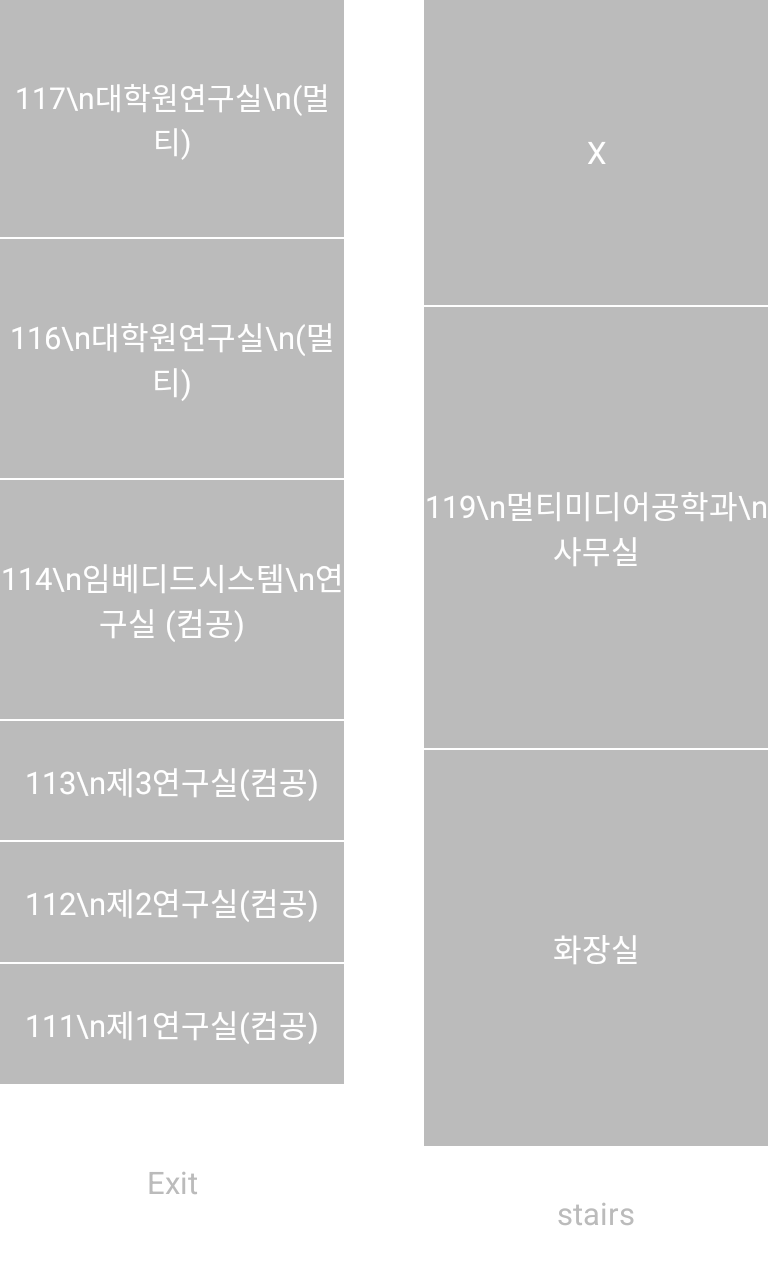
Repository: Choi-HyunWoo/Baddest
Layout: WorkOn_Hyunwoo/hansung.campusmap/res/layout/campus_gonghakb1.xml
These files come from the project's save history. The layout is drawn as it stood at one moment and after the next save; the edit follows.
It is drawn on a 768 x 1280 px phone screen (xhdpi) without system bars, with theme android:Theme.Light.NoTitleBar; the app's code is not run.

Above is the layout before, as saved 2014-05-30 12:49:57.

### WorkOn_Hyunwoo/hansung.campusmap/res/layout/campus_gonghakb1.xml
<?xml version="1.0" encoding="utf-8"?>
<LinearLayout  xmlns:android="http://schemas.android.com/apk/res/android"
    android:baselineAligned="false"
    android:layout_width="match_parent"
    android:layout_height="match_parent"
    android:orientation="horizontal" >

    <LinearLayout
        android:layout_width="fill_parent"
        android:layout_height="match_parent"
        android:layout_weight="1"
        android:orientation="vertical" >

        <Button
            android:text="117\n대학원연구실\n(멀티)"
            android:layout_weight="2"
            android:textSize="15dp"
            style="@style/RoomButton" />
        <Button
            android:text="116\n대학원연구실\n(멀티)"
            android:layout_weight="2"
            style="@style/RoomButton" />
        <Button
            android:text="114\n임베디드시스템\n연구실 (컴공)"
            android:layout_weight="2"
            style="@style/RoomButton" />
        <Button
            android:text="113\n제3연구실(컴공)"
            android:layout_weight="1"
            style="@style/RoomButton" />
        <Button
            android:text="112\n제2연구실(컴공)"
            android:layout_weight="1"
            style="@style/RoomButton" />
        <Button
            android:text="111\n제1연구실(컴공)"
            android:layout_weight="1"
            style="@style/RoomButton" />
        <Button
            android:text="Exit"
            android:layout_weight="2"
            style="@style/WhitePlace" />

    </LinearLayout>

    <RelativeLayout
    	android:layout_width="40dp"
        android:layout_height="match_parent"
        android:orientation="vertical" >
        <!--
	    <TextView
	        android:text="stairs"
	        style="@style/WhitePlace"
	        android:layout_width="match_parent"
	        android:layout_height="wrap_content"
	        android:layout_alignParentTop="true" />
	    <TextView
	        android:text="stairs"
	        style="@style/WhitePlace"
	        android:layout_width="match_parent"
	        android:layout_height="wrap_content"
	        android:layout_alignParentBottom="true" />
	  	-->
	</RelativeLayout>

    <LinearLayout
        android:layout_width="fill_parent"
        android:layout_height="match_parent"
        android:layout_weight="1"
        android:orientation="vertical" >

        <Button
            android:text="X"
            android:layout_weight="3"
            style="@style/RoomButton" />
        <Button
            android:text="119\n멀티미디어공학과\n사무실"
            android:layout_weight="4"
            style="@style/RoomButton" />
        <Button
            android:text="화장실"
            android:layout_weight="4"
            style="@style/RoomButton" />
        <Button
            android:text="stairs"
            android:layout_weight="1"
            style="@style/WhitePlace" />

    </LinearLayout>
</LinearLayout>

### WorkOn_Hyunwoo/hansung.campusmap/res/values/styles.xml
<resources xmlns:android="http://schemas.android.com/apk/res/android">


    <style name="BuildingButton">
        <item name="android:background">@drawable/bt_selector</item>
        <item name="android:textColor">@color/White</item>
        <item name="android:gravity">center</item>
        <item name="android:textSize">6pt</item>
        <item name="android:layout_gravity">fill</item>
        <item name="android:layout_margin">2dp</item>
    </style>
    <style name="MapOthers">
		<item name="android:background">@color/White</item>
        <item name="android:textColor">@color/LightGray</item>
        <item name="android:gravity">center</item>
        <item name="android:textSize">5pt</item>
        <item name="android:layout_gravity">fill</item>
        <item name="android:layout_margin">2dp</item>
    </style>

    <style name="RoomButton">
        <item name="android:background">@drawable/bt_selector</item>
		<item name="android:layout_width">match_parent</item>
        <item name="android:layout_height">wrap_content</item>
        <item name="android:layout_marginBottom">1dp</item>
        <item name="android:gravity">center</item>
        <item name="android:textColor">@color/White</item>
        <item name="android:textSize">7pt</item>
    </style>
    <style name="WhitePlace">
        <item name="android:background">@color/White</item>
		<item name="android:layout_width">match_parent</item>
        <item name="android:layout_height">wrap_content</item>
        <item name="android:layout_marginBottom">1dp</item>
        <item name="android:gravity">center</item>
        <item name="android:textColor">@color/LightGray</item>
        <item name="android:textSize">7pt</item>
    </style>

    <style name="NullPlace">
        <item name="android:background">#dddddd</item>
		<item name="android:layout_width">match_parent</item>
        <item name="android:layout_height">wrap_content</item>
        <item name="android:layout_marginBottom">1dp</item>
        <item name="android:gravity">center</item>
        <item name="android:textColor">@color/LightGray</item>
        <item name="android:textSize">7pt</item>
    </style>

    <style name="FloorButton">
        <item name="android:background">@color/DarkGray</item>
		<item name="android:layout_width">wrap_content</item>
        <item name="android:layout_height">30dp</item>
        <item name="android:layout_marginRight">1dp</item>
        <item name="android:layout_weight">1</item>
        <item name="android:gravity">center</item>
        <item name="android:textColor">@color/White</item>
        <item name="android:textSize">6pt</item>
    </style>


</resources>

### WorkOn_Hyunwoo/hansung.campusmap/res/values/colors.xml
<resources>





    <color name="MainColor">#33B5E5</color>
    <color name="DarkSkyblue">#0099CC</color>
    <color name="White">#FFFFFF</color>
    <color name="Black">#000000</color>
    <color name="LightGray">#BBBBBB</color>
    <color name="DarkGray">#999999</color>

</resources>

### WorkOn_Hyunwoo/hansung.campusmap/res/drawable-hdpi/bt_selector.xml
<?xml version="1.0" encoding="utf-8"?>
<selector xmlns:android="http://schemas.android.com/apk/res/android" >
    <item android:state_pressed="true"
        android:drawable="@color/MainColor" /> <!-- pressed button color -->
    <item
        android:drawable="@color/LightGray" /> <!-- default button color -->
</selector>

After the next save:
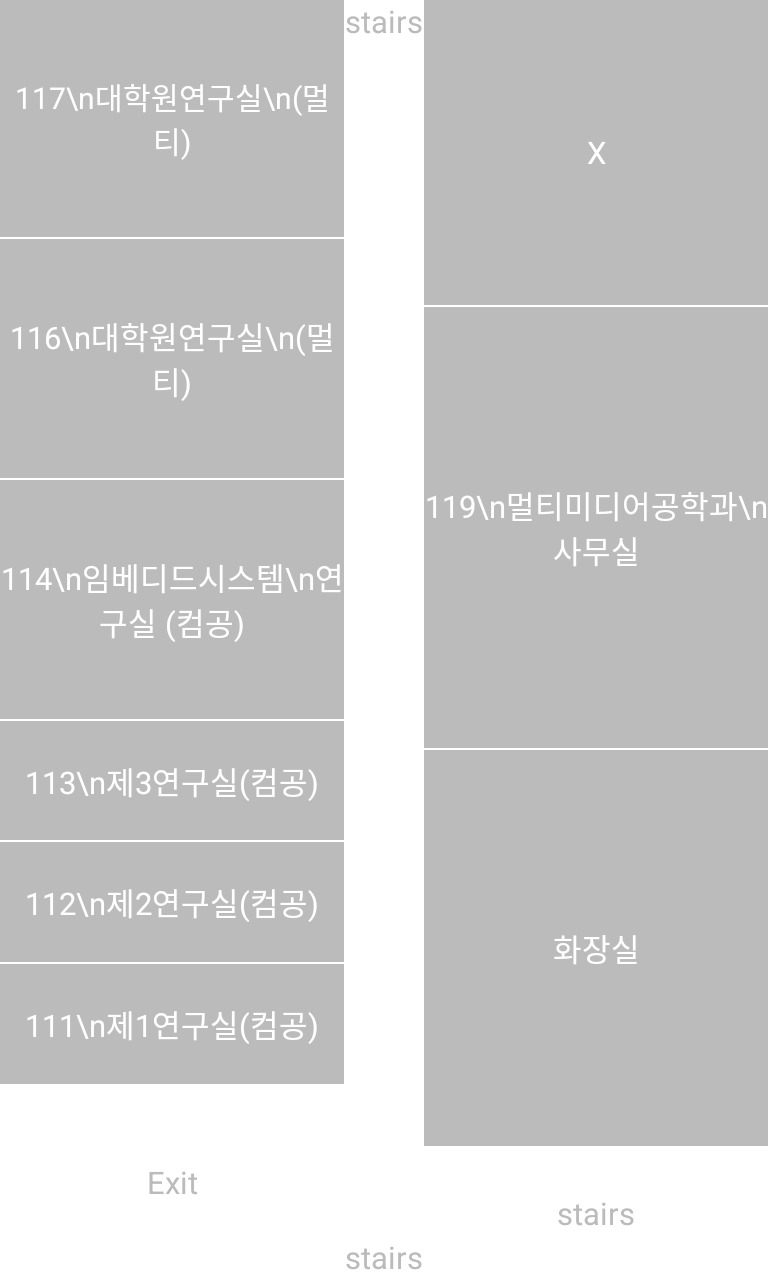
Saved 7 s later.
--- a/WorkOn_Hyunwoo/hansung.campusmap/res/layout/campus_gonghakb1.xml
+++ b/WorkOn_Hyunwoo/hansung.campusmap/res/layout/campus_gonghakb1.xml
@@ -47,7 +47,6 @@
     	android:layout_width="40dp"
         android:layout_height="match_parent"
         android:orientation="vertical" >
-        <!--
 	    <TextView
 	        android:text="stairs"
 	        style="@style/WhitePlace"
@@ -60,7 +59,7 @@
 	        android:layout_width="match_parent"
 	        android:layout_height="wrap_content"
 	        android:layout_alignParentBottom="true" />
-	  	-->
+
 	</RelativeLayout>
 
     <LinearLayout
